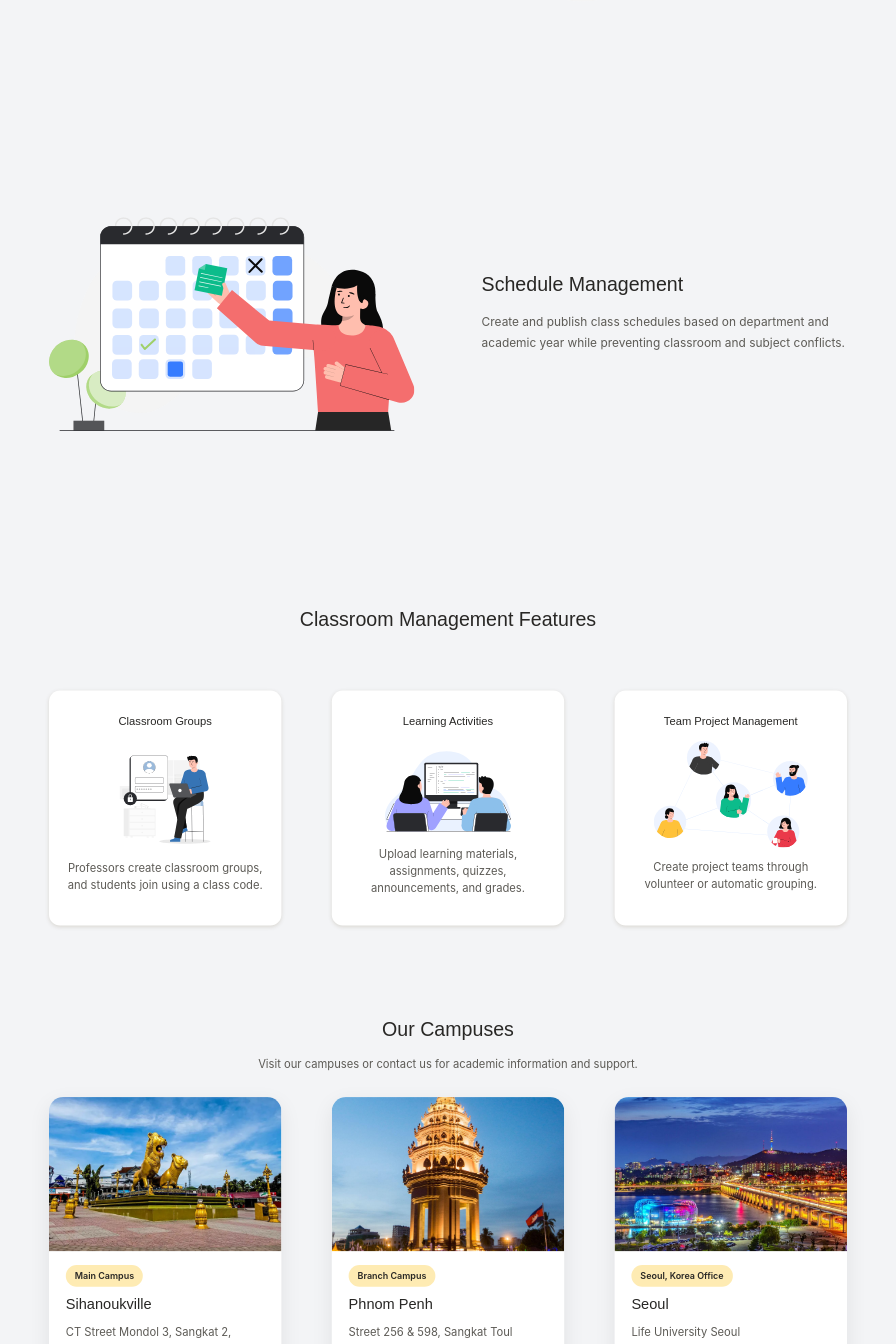
Repository: Chocovcandy/Classroom_Management_System
Page: http://localhost/
An editor plug-in stored every save of this project. The page is shown before and after the next save, followed by the edit.
The browser window is 1280 px wide. The pictures show the part of the page from y = 2046 to 3966 px (the page is 4203 px tall before and 4291 px after), at 70% of full size.
Some web libraries are served in a nearby version. The page is served by the project's Laravel application, run on PHP 8.4 with Laravel 12.

Above is the page before, as saved 2026-08-09 19:37:06.

After the next save:
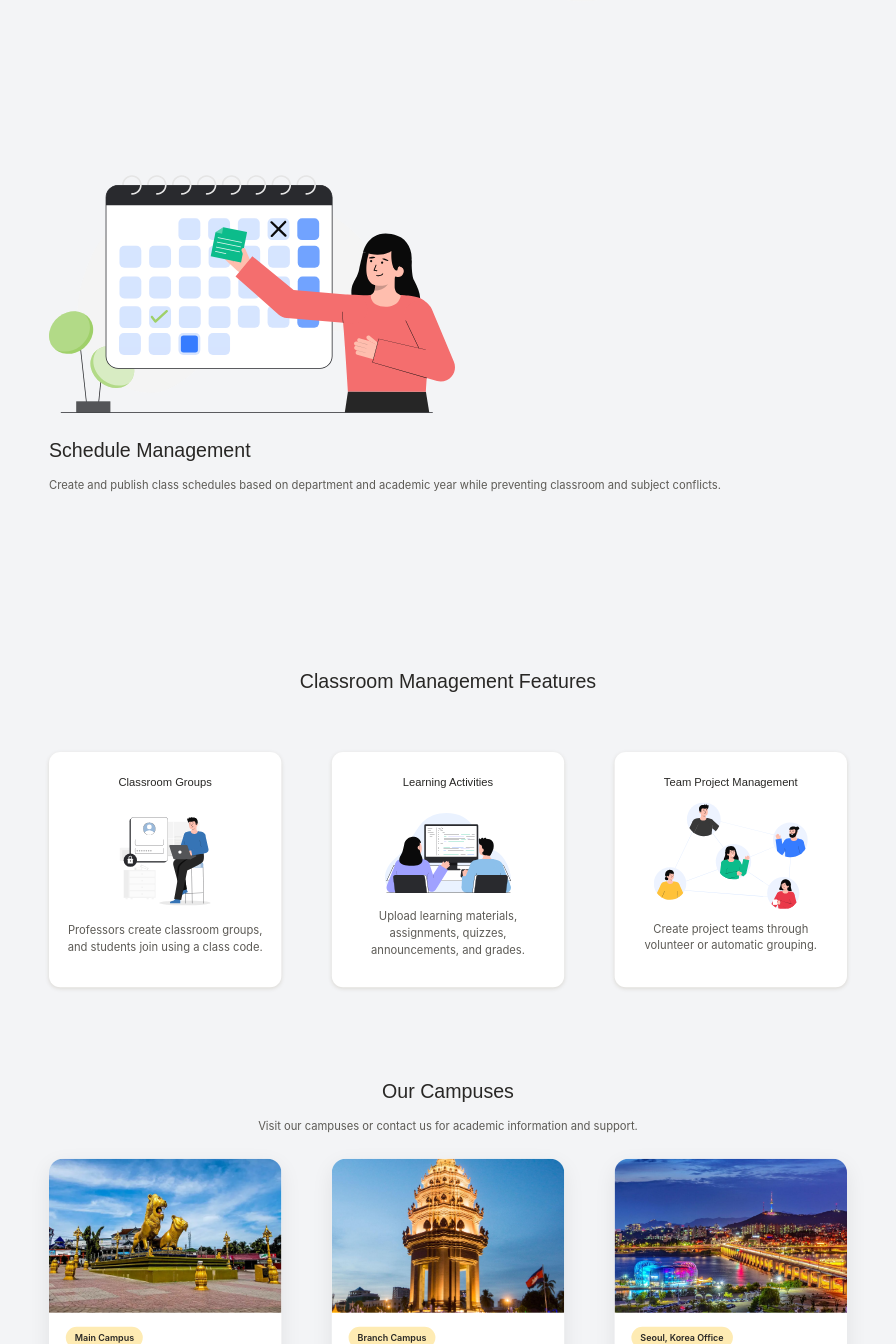
Saved 93 s later.
--- a/resources/views/welcome.blade.php
+++ b/resources/views/welcome.blade.php
@@ -134,16 +134,16 @@
 
 
 
-            <section class="about section container" id="about">
-                <div class="about__container grid">
+            <section class="schedule section container" id="schedule">
+                <div class="schedule__container grid">
 
                     <div class="img_svg4">
                         <x-icons.schedule />
                     </div>
 
-                    <div class="about__data">
+                    <div class="schedule__data">
                         <h2 class="section__title-center">Schedule Management</h2>
-                        <p class="about__description">Create and publish class schedules based on department and
+                        <p class="schedule__description">Create and publish class schedules based on department and
                             academic year while preventing classroom and subject conflicts.
                     </div>
 

After the 4 saves that followed:
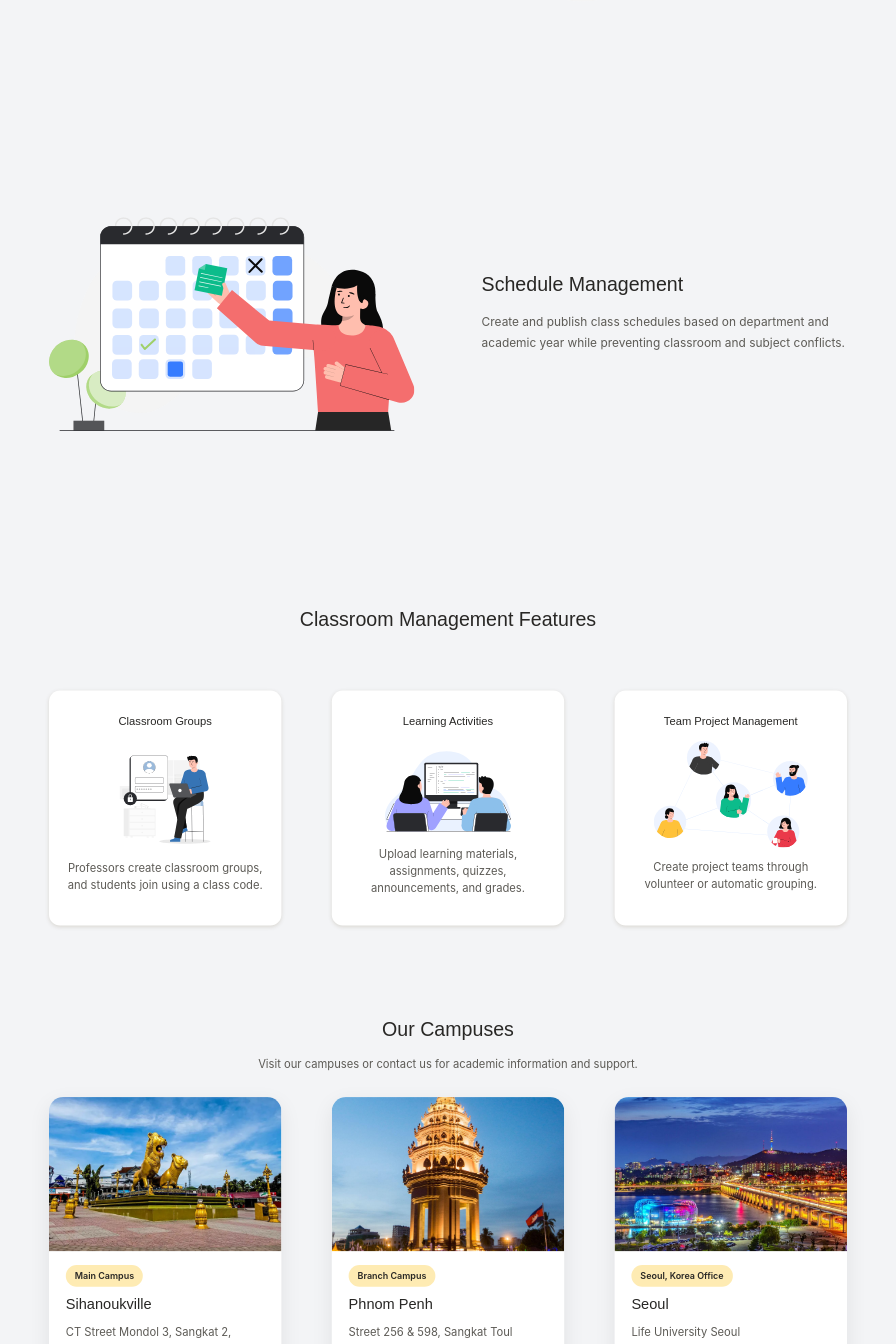
The 4 saves are shown as one change because 2 left the picture as it was and some came seconds apart.
The last was saved 91 s later.
--- a/resources/views/welcome.blade.php
+++ b/resources/views/welcome.blade.php
@@ -134,16 +134,16 @@
 
 
 
-            <section class="schedule section container" id="schedule">
-                <div class="schedule__container grid">
+            <section class="about section container" id="about">
+                <div class="about__container grid">
 
                     <div class="img_svg4">
                         <x-icons.schedule />
                     </div>
 
-                    <div class="schedule__data">
+                    <div class="about__data">
                         <h2 class="section__title-center">Schedule Management</h2>
-                        <p class="schedule__description">Create and publish class schedules based on department and
+                        <p class="about__description">Create and publish class schedules based on department and
                             academic year while preventing classroom and subject conflicts.
                     </div>
 
